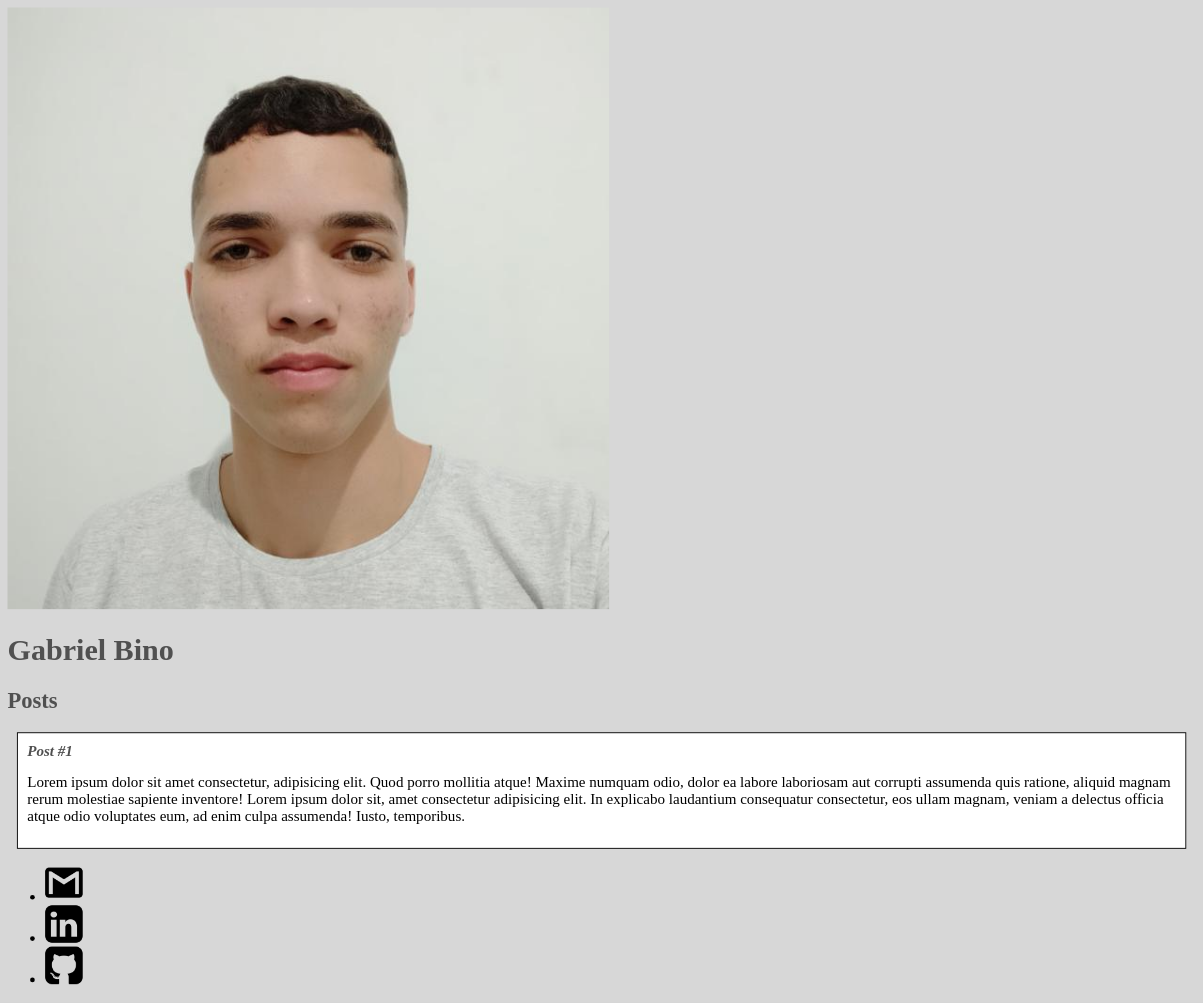
Repository: gabrielbino/projects-dio
Page: html e css/index.html
These files come from the project's save history. The page is drawn as it stood at one moment and after the next save; the edit follows.
The browser window is 1280 px wide. The pictures show the whole page, at 94% of full size.

Above is the page before, as saved 2021-10-15 18:38:02.

After the next save:
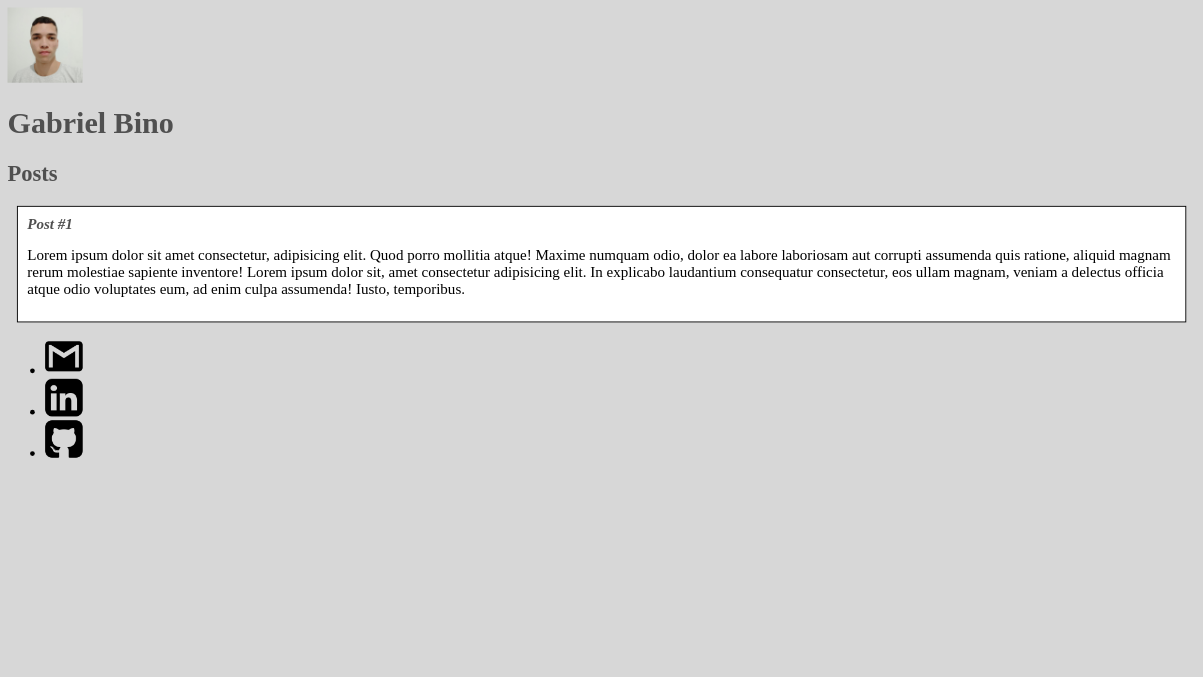
Saved 27 s later.
--- a/html e css/index.html
+++ b/html e css/index.html
@@ -11,6 +11,8 @@
       <img
         src="img/option_profile.jpeg"
         alt="Ilustração do rosto de Gabriel Bino"
+        width="80px"
+        height="80px"
       />
       <h1 id="title">Gabriel Bino</h1>
     </header>
